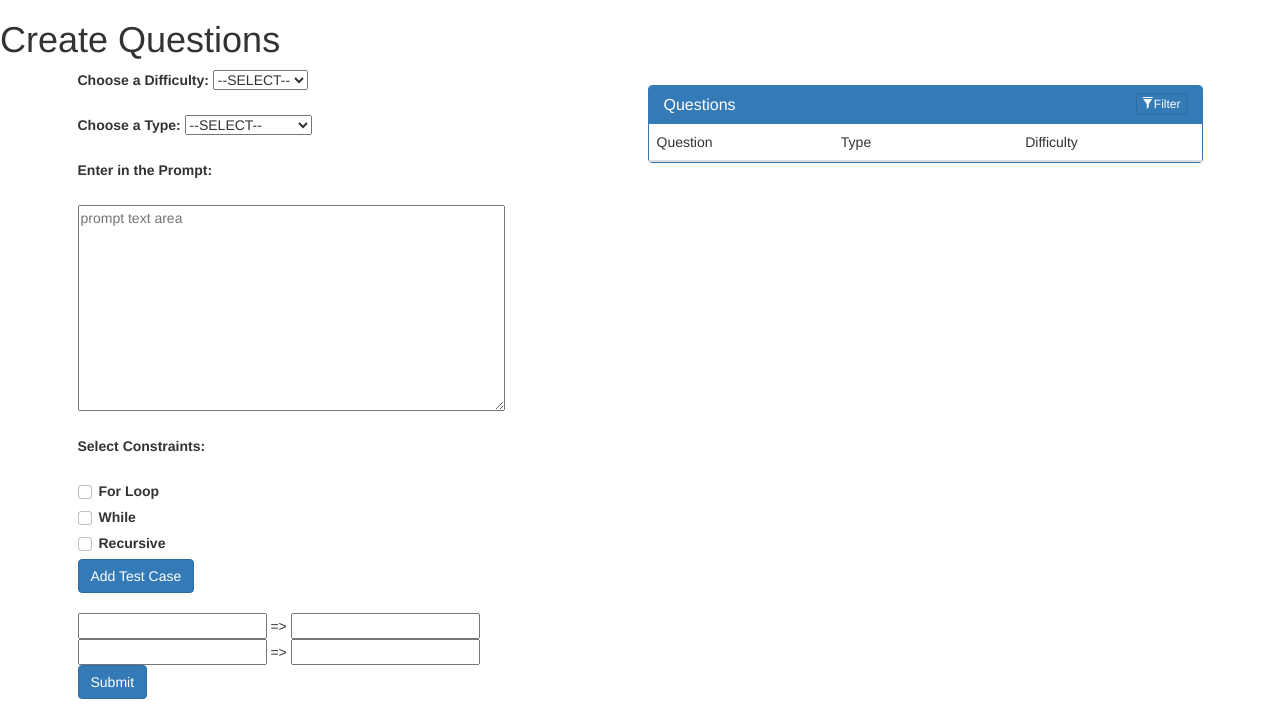
Repository: kavine24/CS490-Python-LMS
Page: html/portal/t/CreateQuestion.html
The author's editor kept a copy of each file at every save. The page is drawn from the files as they stood at one save, then again after the next save.
The browser window is 1280 px wide. The pictures show the whole page.
The page's requests for data from a server got no answer. Some web libraries are served in a nearby version.

Above is the page before, as saved 2022-04-04 18:21:01.

### html/portal/t/CreateQuestion.html
<!DOCTYPE html>
<html>
  <head>
    <title>Create Questions</title>
    <!--<link rel="stylesheet" href="style.css">-->

    <link href="https://cdn.jsdelivr.net/npm/bootstrap@5.1.3/dist/css/bootstrap.min.css" rel="stylesheet" integrity="sha384-1BmE4kWBq78iYhFldvKuhfTAU6auU8tT94WrHftjDbrCEXSU1oBoqyl2QvZ6jIW3" crossorigin="anonymous">
    <link href="//netdna.bootstrapcdn.com/bootstrap/3.1.0/css/bootstrap.min.css" rel="stylesheet" id="bootstrap-css">
    <script src="//code.jquery.com/jquery-1.11.1.min.js"></script>
    <script src="//netdna.bootstrapcdn.com/bootstrap/3.1.0/js/bootstrap.min.js"></script>
  </head>

  <style>
    .filterable {
    margin-top: 15px;
    }
    .filterable .panel-heading .pull-right {
        margin-top: -20px;
    }
    .filterable .filters input[disabled] {
        background-color: transparent;
        border: none;
        cursor: auto;
        box-shadow: none;
        padding: 0;
        height: auto;
    }
    .filterable .filters input[disabled]::-webkit-input-placeholder {
        color: #333;
    }
    .filterable .filters input[disabled]::-moz-placeholder {
        color: #333;
    }
    .filterable .filters input[disabled]:-ms-input-placeholder {
        color: #333;
    }
  </style>

  <body>
    <h1>Create Questions</h1>
    <div class="container">
      <div class="row justify-content-around">
        <div class="col-6">
          <form id="createQuestionForm" onsubmit="submitQuestion()">
            <label for="questionDifficulty">Choose a Difficulty:</label>
            <select name="questionDifficulty" id="questionDifficulty">
              <option disabled selected value>--SELECT--</option>
              <option value="easy">Easy</option>
              <option value="medium">Medium</option>
              <option value="hard">Hard</option>
            </select>

            <br><br>

            <label for="questionType">Choose a Type:</label>
            <select name="questionType" id="questionType">
              <option disabled selected value>--SELECT--</option>
              <option value="forLoop">For Loop</option>
              <option value="whileLoop">While Loop</option>
              <option value="nestedForLoop">Nested For Loop</option>
            </select>

            <br><br>

            <label for="prompt">Enter in the Prompt:</label>
            <br><br>
            <textarea id="prompt" name="prompt" rows="10" cols="50" placeholder="prompt text area"></textarea>
            <br><br>

            <label for="constraints">Select Constraints:</label>
            <br><br>

            <!-- <label for="prompt">Enter in the Answer:</label>
            <br><br>
            <textarea id="answer" name="answer" rows="10" cols="50" placeholder="answer text area"></textarea>
            <br><br> -->

            <div class="form-check">
              <input class="form-check-input" type="checkbox" id="check1" name="option1" value="something">
              <label class="form-check-label">For Loop</label>
            </div>

            <div class="form-check">
              <input class="form-check-input" type="checkbox" id="check2" name="option1" value="something">
              <label class="form-check-label">While</label>
            </div>

            <div class="form-check">
              <input class="form-check-input" type="checkbox" id="check3" name="option1" value="something">
              <label class="form-check-label">Recursive</label>
            </div>

            <button class="btn btn-primary" type="button" onclick="addTestCase()">Add Test Case</button>
            <br><br>

            <input class="btn btn-primary" id="submit" type="submit" placeholder="Submit" class="submit"></input>
          </form>
        </div>

        <div class="col-6">
          <div class="panel panel-primary filterable">
            <div class="panel-heading">
              <h3 class="panel-title">Questions</h3>
                <div class="pull-right">
                  <button class="btn btn-primary btn-xs btn-filter"><span class="glyphicon glyphicon-filter"></span>Filter</button>
                </div>
            </div>

            <table class="table">
              <thead>
                <tr class="filters">
                  <th><input type="text" class="form-control" placeholder="Question" disabled></th>
                  <th><input type="text" class="form-control" placeholder="Type" disabled></th>
                  <th><input type="text" class="form-control" placeholder="Difficulty" disabled></th>
                </tr>
              </thead>

              <tbody id="tableBody">
              </tbody>
            </table>
          </div>
        </div>
      </div>
    </div>

    <script>
      $(document).ready(function(){
        $('.filterable .btn-filter').click(function(){
          var $panel = $(this).parents('.filterable'),
          $filters = $panel.find('.filters input'),
          $tbody = $panel.find('.table tbody');
          if ($filters.prop('disabled') == true) {
            $filters.prop('disabled', false);
            $filters.first().focus();
          } else {
            $filters.val('').prop('disabled', true);
            $tbody.find('.no-result').remove();
            $tbody.find('tr').show();
          }
        });

        $('.filterable .filters input').keyup(function(e){
          /* Ignore tab key */
          var code = e.keyCode || e.which;
          if (code == '9') return;
          /* Useful DOM data and selectors */
          var $input = $(this),
          inputContent = $input.val().toLowerCase(),
          $panel = $input.parents('.filterable'),
          column = $panel.find('.filters th').index($input.parents('th')),
          $table = $panel.find('.table'),
          $rows = $table.find('tbody tr');
          /* Dirtiest filter function ever ;) */
          var $filteredRows = $rows.filter(function(){
            var value = $(this).find('td').eq(column).text().toLowerCase();
            return value.indexOf(inputContent) === -1;
          });
          /* Clean previous no-result if exist */
          $table.find('tbody .no-result').remove();
          /* Show all rows, hide filtered ones (never do that outside of a demo ! xD) */
          $rows.show();
          $filteredRows.hide();
          /* Prepend no-result row if all rows are filtered */
          if ($filteredRows.length === $rows.length) {
            $table.find('tbody').prepend($('<tr class="no-result text-center"><td colspan="'+ $table.find('.filters th').length +'">No result found</td></tr>'));
          }
        });
      });

      // add all necacarry event listeners
      //submit listener
      const form = document.getElementById("createQuestionForm");
      function handleForm(event) { event.preventDefault(); }
      form.addEventListener('submit', handleForm);

      let attemptMade = false;

      const inputs = [];
      const questions = [];

      addTestCase();
      addTestCase();
      updateQuestionTable();

      function addTestCase(){
        const testCase = document.createElement("input");
        const result = document.createElement("input");

        inputs.push({testCase,result});

        document.getElementById("createQuestionForm").insertBefore(testCase, document.getElementById("submit"));
        document.getElementById("createQuestionForm").insertBefore(document.createTextNode(" => "), document.getElementById("submit"));
        document.getElementById("createQuestionForm").insertBefore(result, document.getElementById("submit"));
        document.getElementById("createQuestionForm").insertBefore(document.createElement("br"), document.getElementById("submit"));
      }

      function submitQuestion(){
        var difficulty = document.getElementById('questionDifficulty').value;
        var questionType = document.getElementById('questionType').value;
        var prompt = document.getElementById('prompt').value;

        // var answer = document.getElementById('answer').value;

        var inputvals = [];
        var outputvals = [];
        for(let i = 0; i < inputs.length; i++){
          inputvals.push(inputs[i].testCase.value);
          outputvals.push(inputs[i].result.value);
        }

        var anyinputempty = false;

        for(let i = 0; i < inputs.length; i++){
          anyinputempty = inputs[i].testCase.value == "" || inputs[i].result.value == ""? true : anyinputempty
        }

        var requestType = 'CreateQuestionFTM';

        if(difficulty == "" || questionType == "" || prompt == "" || anyinputempty){
          if (!attemptMade) {
            const newDiv = document.createElement("div");
            const newContent = document.createTextNode("Cannot Submit: 1 or more fields invalid");
            newDiv.appendChild(newContent);

            document.getElementById("createQuestionForm").appendChild(document.createElement("br"));
            document.getElementById("createQuestionForm").appendChild(newDiv);
            attemptMade = true;
          }
          else{
              document.getElementById("createQuestionForm").lastChild.innerHTML = "Cannot Submit: 1 or more fields invalid";
          }
        }else{

          const data = {difficulty, questionType, prompt, inputvals, outputvals, requestType};

          const options = {
            method:'POST',
            headers: {
                "Content-type": "application/json; charset=UTF-8"
            },
            body: JSON.stringify(data)
          };
          fetch('http://cs490testcenter.ddns.net:50000/portal/frontBrowser.php', options)
          .then(response => response.json())
          .then(data => {
            if(data.didWork == 1){
              location.assign('http://cs490testcenter.ddns.net:50000/portal/t/CreateQuestion.html');
            }else{
              if (!attemptMade) {
              const newDiv = document.createElement("div");
              const newContent = document.createTextNode("Question already exists");
              newDiv.appendChild(newContent);

              document.getElementById("createQuestionForm").appendChild(document.createElement("br"));
              document.getElementById("createQuestionForm").appendChild(newDiv);
              attemptMade = true;
              }
              else{
                document.getElementById("createQuestionForm").lastChild.innerHTML = "Question already exists";
              }
            }
          })
          .catch((error) => {
            console.error('Error:', error);
          });
        }
      }
      function updateQuestionTable(){
        let requestType = "DisplayQuestionsFTM"
        const data = {requestType};

        const options = {
          method:'POST',
          headers: {
              "Content-type": "application/json; charset=UTF-8"
          },
          body: JSON.stringify(data)
        };
        fetch('http://cs490testcenter.ddns.net:50000/portal/frontBrowser.php', options)
        .then(response => response.json())
        .then(data => {
          console.log(data);
          for(let i = 0; i < data.length; i++){
            const tr = document.createElement("tr");

            const questionText = document.createElement("td")
            const typeText = document.createElement("td")
            const difficultyText = document.createElement("td")

            questionText.innerHTML = data[i].question;
            typeText.innerHTML = (data[i].type == 1 ? "For Loop, " : (data[i].type == 2 ? "While Loop, " :"Nested For Loop, "));
            difficultyText.innerHTML = (data[i].difficulty == 1? "Easy<br>" : (data[i].difficulty == 2? "Medium<br>" :"Hard<br>"))

            tr.appendChild(questionText);
            tr.appendChild(typeText);
            tr.appendChild(difficultyText);

            questions.push(tr);

            document.getElementById("tableBody").appendChild(tr);
          }
        })
        .catch((error) => {
          console.error('Error:', error);
        });
      }
    </script>
  </body>
</html>

After the next save:
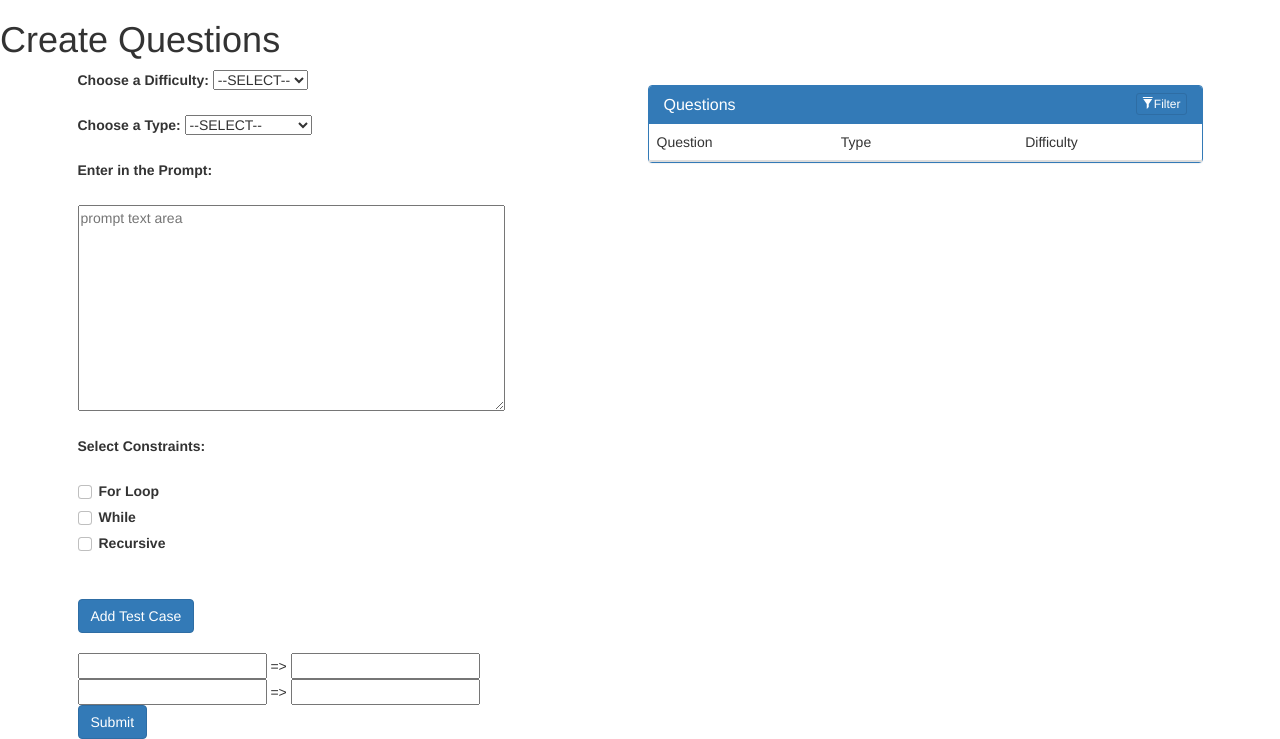
Saved 23 s later.
--- a/html/portal/t/CreateQuestion.html
+++ b/html/portal/t/CreateQuestion.html
@@ -70,11 +70,6 @@
             <label for="constraints">Select Constraints:</label>
             <br><br>
 
-            <!-- <label for="prompt">Enter in the Answer:</label>
-            <br><br>
-            <textarea id="answer" name="answer" rows="10" cols="50" placeholder="answer text area"></textarea>
-            <br><br> -->
-
             <div class="form-check">
               <input class="form-check-input" type="checkbox" id="check1" name="option1" value="something">
               <label class="form-check-label">For Loop</label>
@@ -89,6 +84,8 @@
               <input class="form-check-input" type="checkbox" id="check3" name="option1" value="something">
               <label class="form-check-label">Recursive</label>
             </div>
+
+            <br><br>
 
             <button class="btn btn-primary" type="button" onclick="addTestCase()">Add Test Case</button>
             <br><br>
